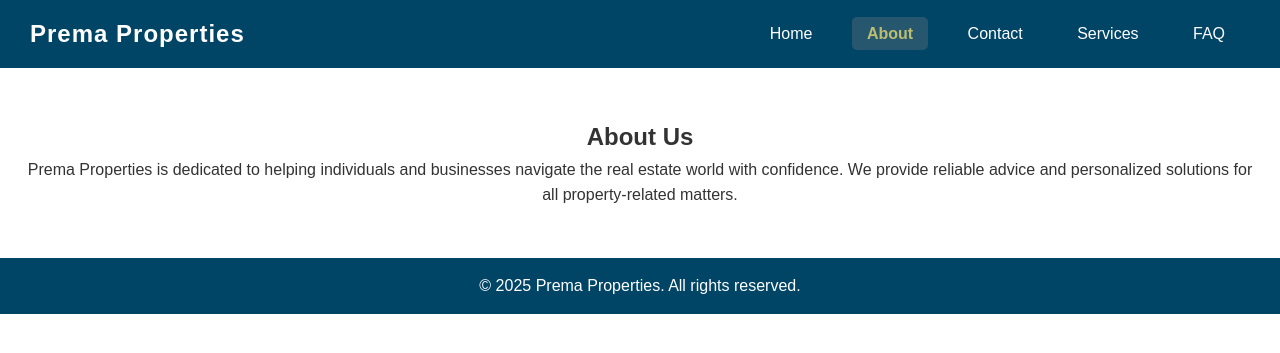
Repository: mnqobiMenzi/Prema-Properties
Page: appointment.html
The author's editor kept a copy of each file at every save. The page is drawn from the files as they stood at one save, then again after the next save.
The browser window is 1280 px wide. The pictures show the whole page.

Above is the page before, as saved 2025-10-04 09:03:11.

### appointment.html
<!DOCTYPE html>
<html lang="en">
<head>
  <meta charset="UTF-8">
  <meta name="viewport" content="width=device-width, initial-scale=1.0">
  <title>Prema Properties</title>
  <link rel="stylesheet" href="CSS/style.css">
</head>
<body>

  <!-- Header / Navigation -->
  <header>
    <div class="logo">Prema Properties</div>
    <nav>
      <a href="index.html">Home</a>
      <a href="#about" class="active">About</a>
      <a href="contact-us.html">Contact</a>
      <a href="services.html">Services</a>
      <a href="FAQ.html">FAQ</a>
    </nav>
  </header>


  <!-- About Section -->
  <section id="about" class="about">
    <h2>About Us</h2>
    <p>Prema Properties is dedicated to helping individuals and businesses navigate the real estate world with confidence. We provide reliable advice and personalized solutions for all property-related matters.</p>
  </section>

  <!-- Footer -->
  <footer>
    <p>© 2025 Prema Properties. All rights reserved.</p>
  </footer>

</body>
</html>

### CSS/style.css
* {
  margin: 0;
  padding: 0;
  box-sizing: border-box;
  font-family: Arial, sans-serif;
}

body {
  line-height: 1.6;
  color: #333;
}

/* Header */
header {
  position: sticky;
  top: 0;
  display: flex;
  justify-content: space-between;
  align-items: center;
  padding: 15px 30px;
  background: #004466;
  color: #fff;
  z-index: 1000;
}
header .logo {
  font-size: 1.5em;
  font-weight: 700;
  font-family: 'Poppins', sans-serif;
  color: #fff;
  letter-spacing: 1px;
  display: flex;
  align-items: center;
}
header nav a {
  margin: 0 10px;
  color: #fff;
  padding: 8px 15px;
  border-radius: 5px;
  text-decoration: none;
  font-weight: 500;
  font-family: 'Poppins', sans-serif;
  transition: color 0.3s ease, border-bottom 0.3s ease;
}

header nav a:hover {
  color: #fff;
  background: rgba(128, 128, 128, 0.3);
  padding-bottom: 3px;
  border: 3px solid #004466;
}
/* Active link */
header nav a.active {
  background: rgba(128, 128, 128, 0.3);
  font-weight: bold;
  color: rgb(189, 189, 114);
}
/* Hero */
.hero {
  background: url('https://source.unsplash.com/1600x600/?house,property') no-repeat center center/cover;
  color: white;
  text-align: center;
  padding: 100px 20px;
}
.hero h1 {
  font-size: 2.5em;
}
.hero .btn {
  display: inline-block;
  margin-top: 20px;
  padding: 10px 20px;
  background: #ff6600;
  color: white;
  border-radius: 5px;
  text-decoration: none;
}
.hero .btn:hover {
  background: #cc5200;
}

/* Sections */
section {
  padding: 50px 20px;
  text-align: center;
}
.services .service-list {
  display: grid;
  grid-template-columns: repeat(auto-fit, minmax(200px, 1fr));
  gap: 20px;
  margin-top: 20px;
}
.service {
  background: #f4f4f4;
  padding: 20px;
  border-radius: 10px;
}

/* Contact */
.contact form {
  display: flex;
  flex-direction: column;
  max-width: 400px;
  margin: auto;
}
.contact input, .contact textarea {
  margin-bottom: 15px;
  padding: 10px;
  border: 1px solid #ddd;
  border-radius: 5px;
}
.contact button {
  padding: 10px;
  border: none;
  background: #004466;
  color: white;
  cursor: pointer;
  border-radius: 5px;
}
.contact button:hover {
  background: #00334d;
}

/* Footer */
footer {
  background: #004466;
  color: #fff;
  text-align: center;
  padding: 15px;
}

After the next save:
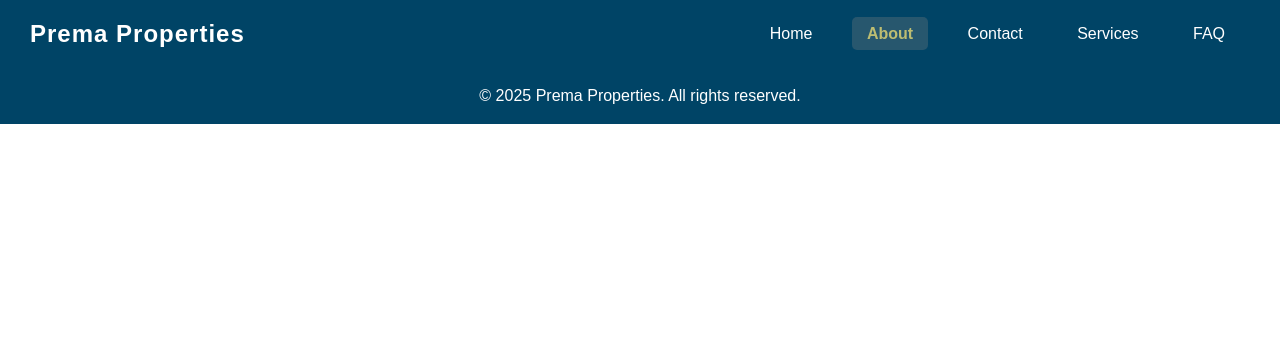
Saved 6 s later.
--- a/appointment.html
+++ b/appointment.html
@@ -21,12 +21,6 @@
   </header>
 
 
-  <!-- About Section -->
-  <section id="about" class="about">
-    <h2>About Us</h2>
-    <p>Prema Properties is dedicated to helping individuals and businesses navigate the real estate world with confidence. We provide reliable advice and personalized solutions for all property-related matters.</p>
-  </section>
-
   <!-- Footer -->
   <footer>
     <p>© 2025 Prema Properties. All rights reserved.</p>
